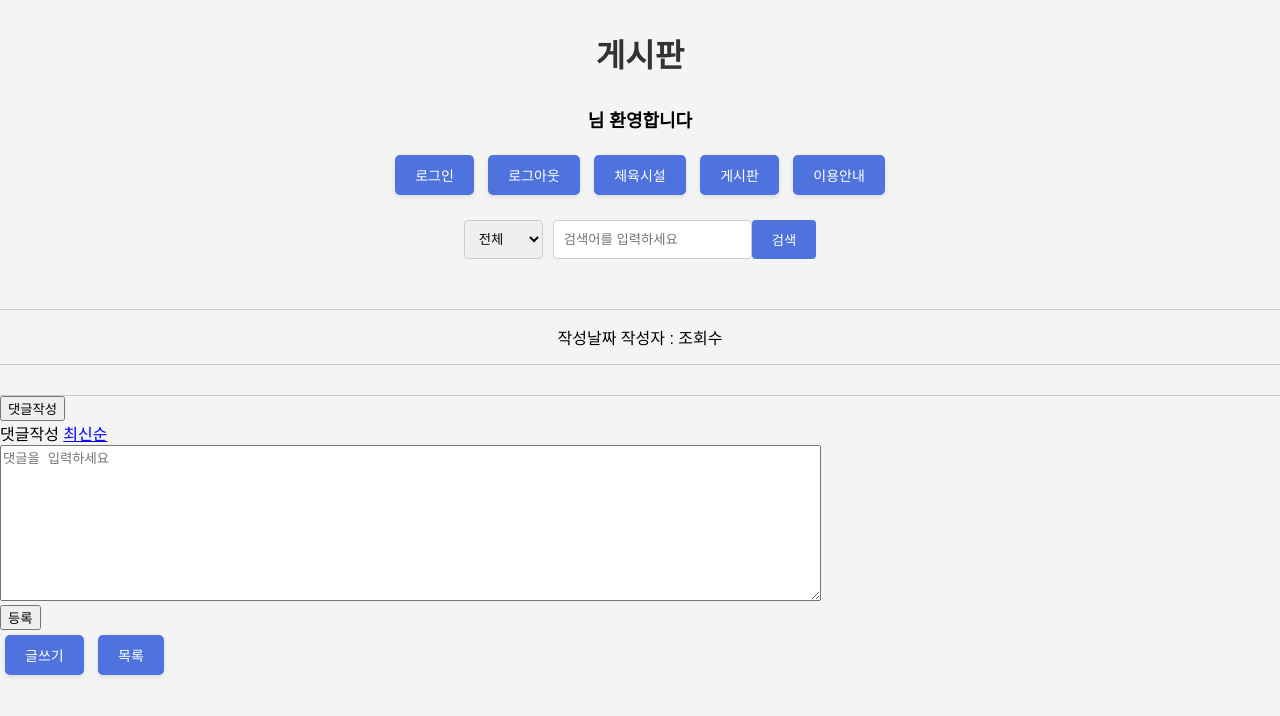
Repository: shinyunseok/portfolio1
Page: http://localhost/portfolio/WEB-INF/board/getBoard.jsp
The author's editor kept a copy of each file at every save. The page is drawn from the files as they stood at one save, then again after the next save.
The browser window is 1280 px wide. The pictures show the whole page.
The page is served by Tomcat 10. Nobody is signed in. The template is opened directly, without the code that normally fills it, so the values that code supplies are empty.

Above is the page before, as saved 2023-05-30 05:43:39.

After the next save:
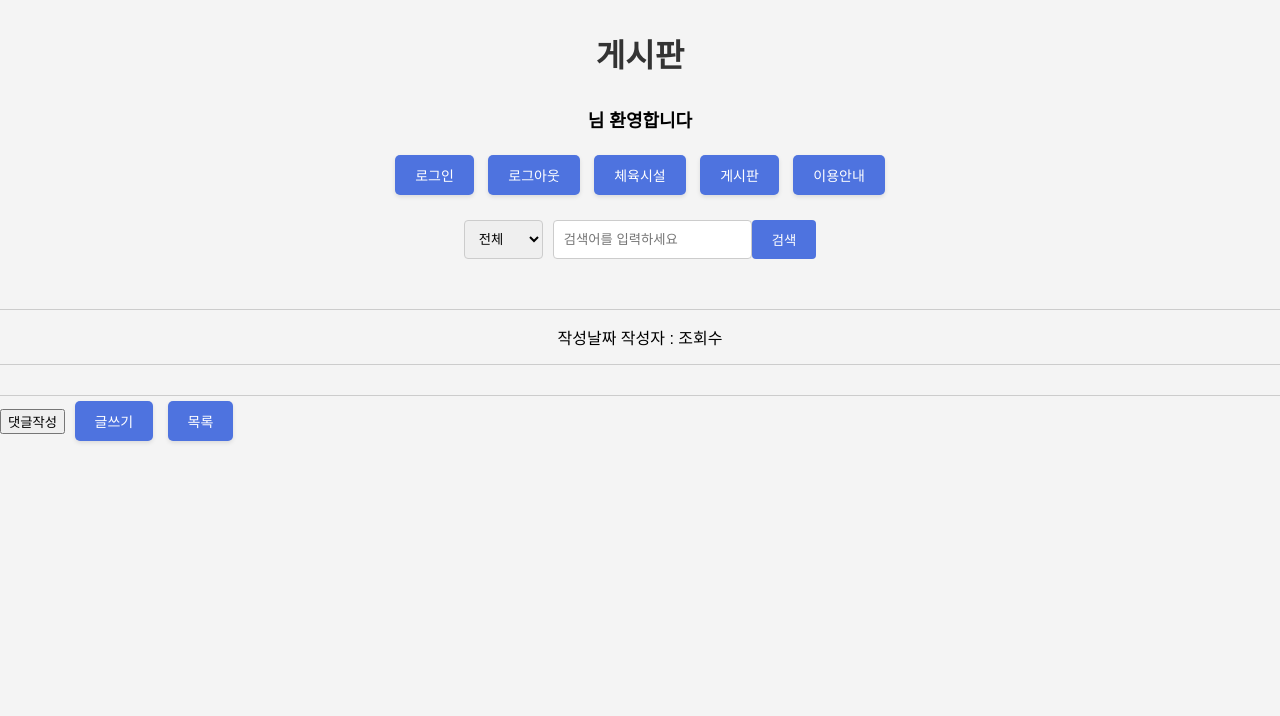
Saved 4 min 13 s later.
--- a/portfolio/src/main/webapp/WEB-INF/board/getBoard.jsp
+++ b/portfolio/src/main/webapp/WEB-INF/board/getBoard.jsp
@@ -239,6 +239,53 @@ tbody tr:hover {
 }
 
 .write-button:hover {
+  background-color: #3756a4;
+}
+
+/* comment 스타일 */
+#comment {
+  display: none;
+  text-align: center;
+  margin-bottom: 20px;
+  padding-top: 20px;
+  border-top: 1px solid #ccc;
+}
+
+#comment a {
+  display: inline-block;
+  margin: 5px;
+  padding: 10px 20px;
+  text-decoration: none;
+  color: #333;
+  border: 1px solid #ccc;
+  border-radius: 5px;
+  transition: background-color 0.3s;
+  font-size: 14px;
+  cursor: pointer;
+}
+
+#comment a:hover {
+  background-color: #f1f1f1;
+}
+
+#comment textarea {
+  margin-bottom: 10px;
+  padding: 10px;
+  border: 1px solid #ccc;
+  border-radius: 4px;
+  resize: vertical;
+}
+
+#comment input[type="submit"] {
+  padding: 10px 20px;
+  background-color: #4e73df;
+  color: #fff;
+  border: none;
+  border-radius: 4px;
+  cursor: pointer;
+}
+
+#comment input[type="submit"]:hover {
   background-color: #3756a4;
 }
 

After the save that followed:
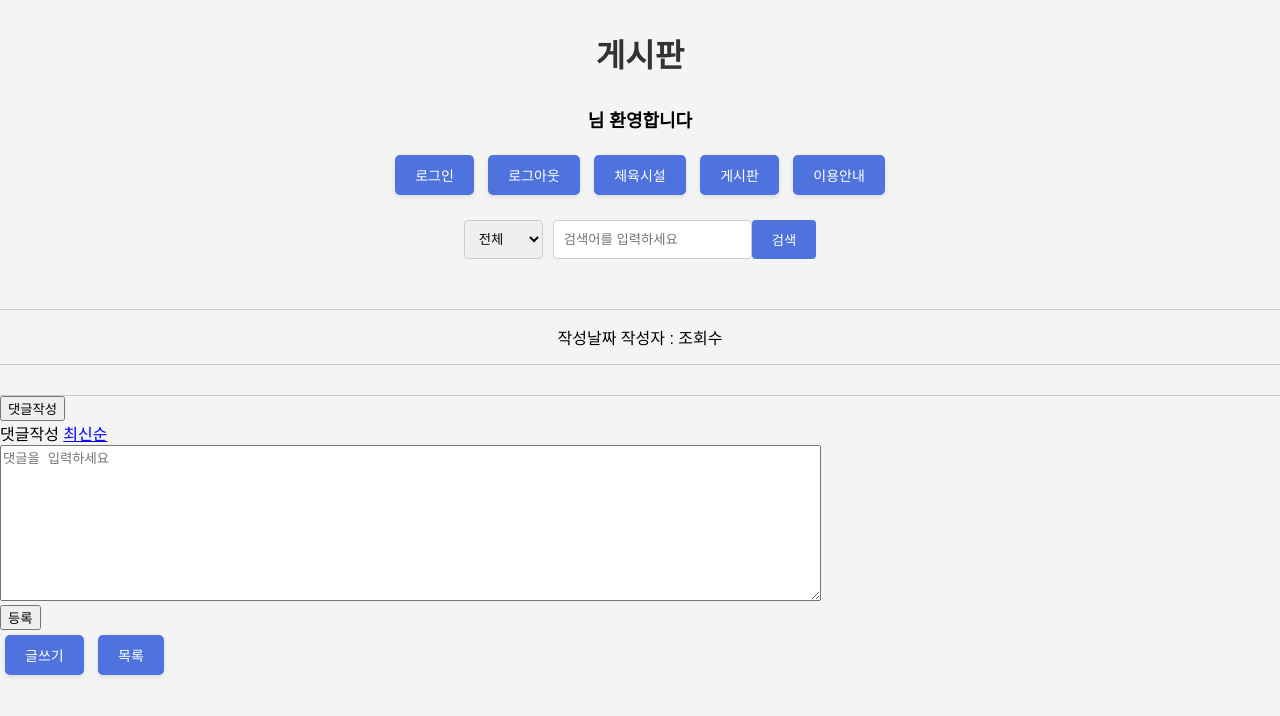
Saved 23 s later.
--- a/portfolio/src/main/webapp/WEB-INF/board/getBoard.jsp
+++ b/portfolio/src/main/webapp/WEB-INF/board/getBoard.jsp
@@ -239,53 +239,6 @@ tbody tr:hover {
 }
 
 .write-button:hover {
-  background-color: #3756a4;
-}
-
-/* comment 스타일 */
-#comment {
-  display: none;
-  text-align: center;
-  margin-bottom: 20px;
-  padding-top: 20px;
-  border-top: 1px solid #ccc;
-}
-
-#comment a {
-  display: inline-block;
-  margin: 5px;
-  padding: 10px 20px;
-  text-decoration: none;
-  color: #333;
-  border: 1px solid #ccc;
-  border-radius: 5px;
-  transition: background-color 0.3s;
-  font-size: 14px;
-  cursor: pointer;
-}
-
-#comment a:hover {
-  background-color: #f1f1f1;
-}
-
-#comment textarea {
-  margin-bottom: 10px;
-  padding: 10px;
-  border: 1px solid #ccc;
-  border-radius: 4px;
-  resize: vertical;
-}
-
-#comment input[type="submit"] {
-  padding: 10px 20px;
-  background-color: #4e73df;
-  color: #fff;
-  border: none;
-  border-radius: 4px;
-  cursor: pointer;
-}
-
-#comment input[type="submit"]:hover {
   background-color: #3756a4;
 }
 
@@ -334,7 +287,7 @@ tbody tr:hover {
 	</tr>
   </table>
   <button id="comment_open">댓글작성</button>
-  <form action="" id="comment">
+  <form action="" id="">
 	댓글작성 <a href="#">최신순</a> <br>
 	<textarea rows="10" cols="100" placeholder="댓글을 입력하세요" name="comment_content"></textarea> <br>
 	<input type="submit" value="등록">
